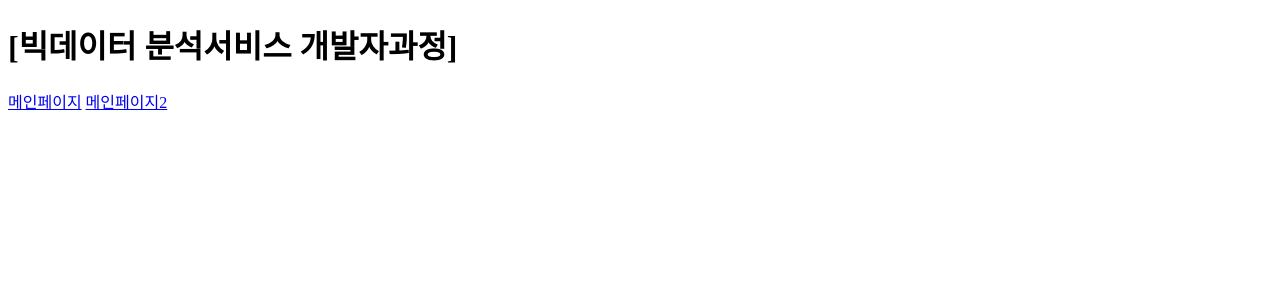
Repository: Jungsol/Servlet_JSP_study
Page: http://localhost/JSP/ex06_header.jsp
The author's editor kept a copy of each file at every save. The page is drawn from the files as they stood at one save, then again after the next save.
The browser window is 1280 px wide. The pictures show the whole page.
The page is served by Tomcat 9. Other server files are loaded and not shown.

Above is the page before, as saved 2023-06-08 14:53:29.

### JSP/src/main/webapp/ex06_header.jsp
<%@ page language="java" contentType="text/html; charset=EUC-KR"
    pageEncoding="EUC-KR"%>
<!DOCTYPE html>
<html>
<head>
<meta charset="EUC-KR">
<title>Insert title here</title>
</head>
<body>
	<h1>[빅데이터 분석서비스 개발자과정]</h1>

	<p>
		<a href="ex06_mainPage.jsp">메인페이지</a>
		<a href="ex06_mainPage2.jsp">메인페이지2</a>
	</p>
</body>
</html>

After the next save:
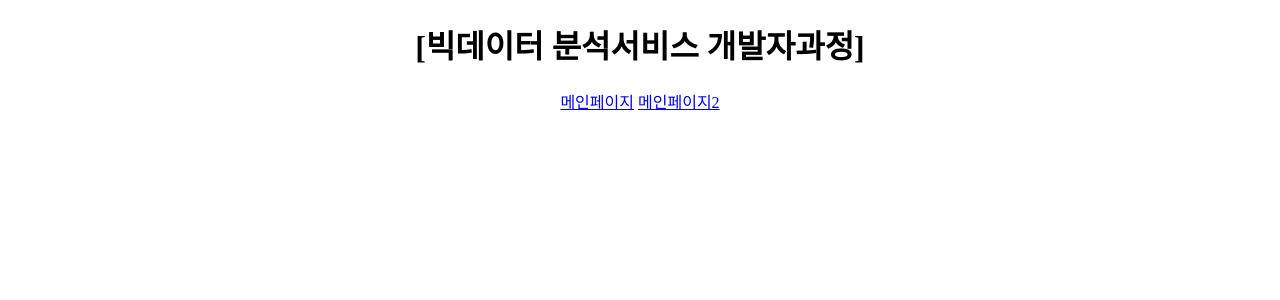
Saved 38 min 12 s later.
--- a/JSP/src/main/webapp/ex06_header.jsp
+++ b/JSP/src/main/webapp/ex06_header.jsp
@@ -5,6 +5,11 @@
 <head>
 <meta charset="EUC-KR">
 <title>Insert title here</title>
+<style>
+	h1,p{
+		text-align: center;
+	}
+</style>
 </head>
 <body>
 	<h1>[빅데이터 분석서비스 개발자과정]</h1>
